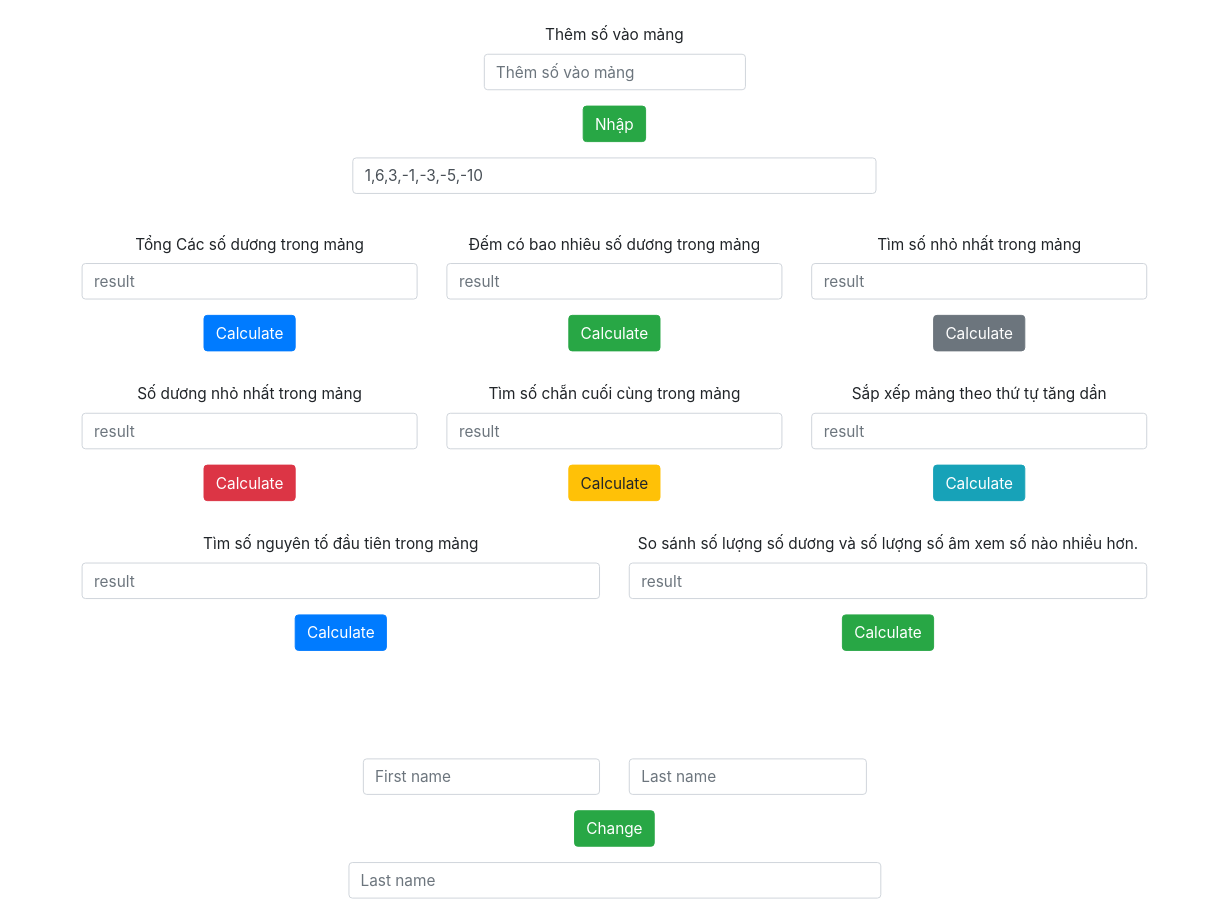
Repository: baobaodeveloper/bootcamp21__array__HuynhAnhBao
Page: index.html
An editor plug-in stored every save of this project. The page is shown before and after the next save, followed by the edit.
The browser window is 1280 px wide. The pictures show the whole page, at 96% of full size.

Above is the page before, as saved 2022-03-20 19:15:37.

After the next save:
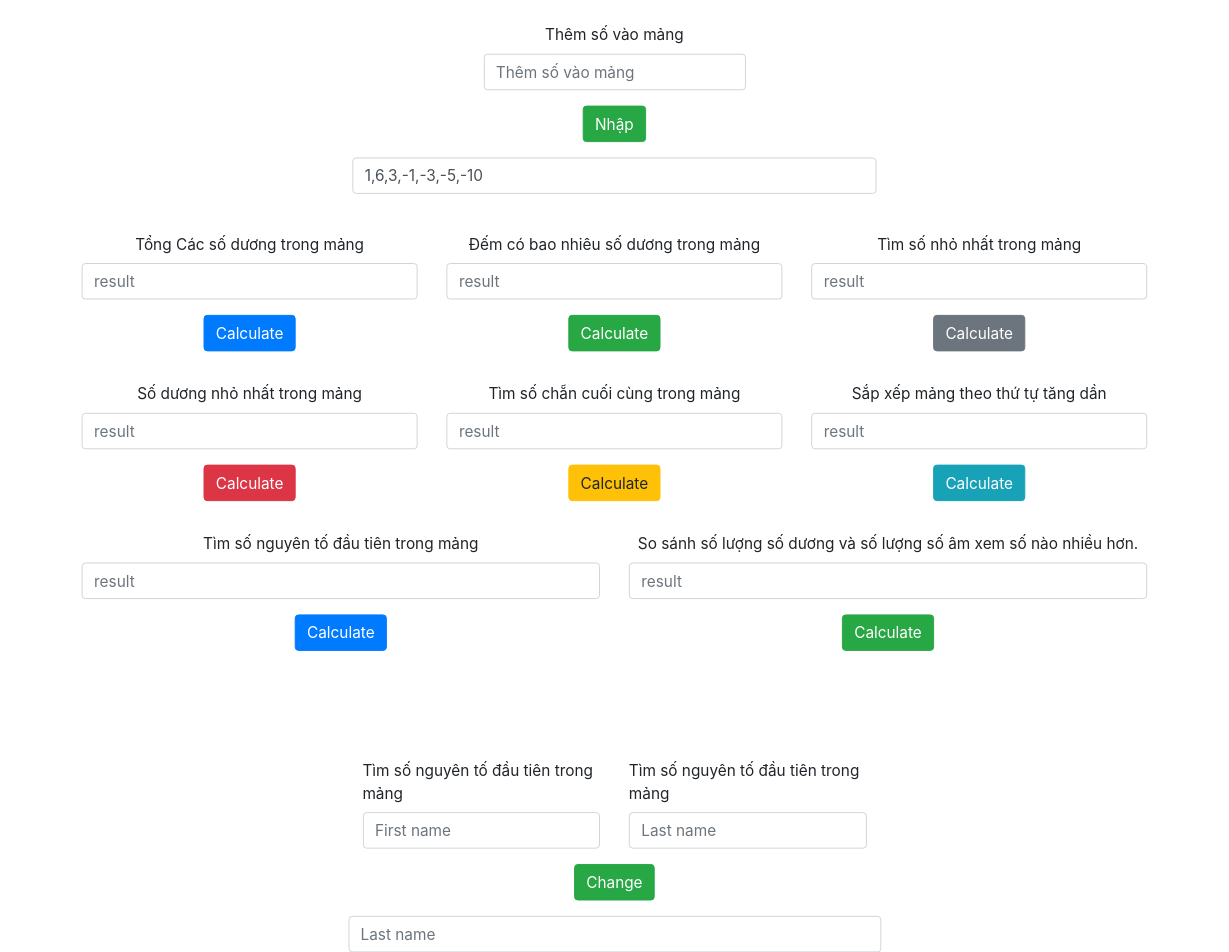
Saved 17 s later.
--- a/index.html
+++ b/index.html
@@ -171,6 +171,7 @@
     <div class="container mt-5 pt-5">
       <div class="row w-50 m-auto">
         <div class="col">
+          <label class="form-label">Tìm số nguyên tố đầu tiên trong mảng</label>
           <input
             type="text"
             class="form-control"
@@ -179,6 +180,7 @@
           />
         </div>
         <div class="col">
+          <label class="form-label">Tìm số nguyên tố đầu tiên trong mảng</label>
           <input
             type="text"
             class="form-control"
